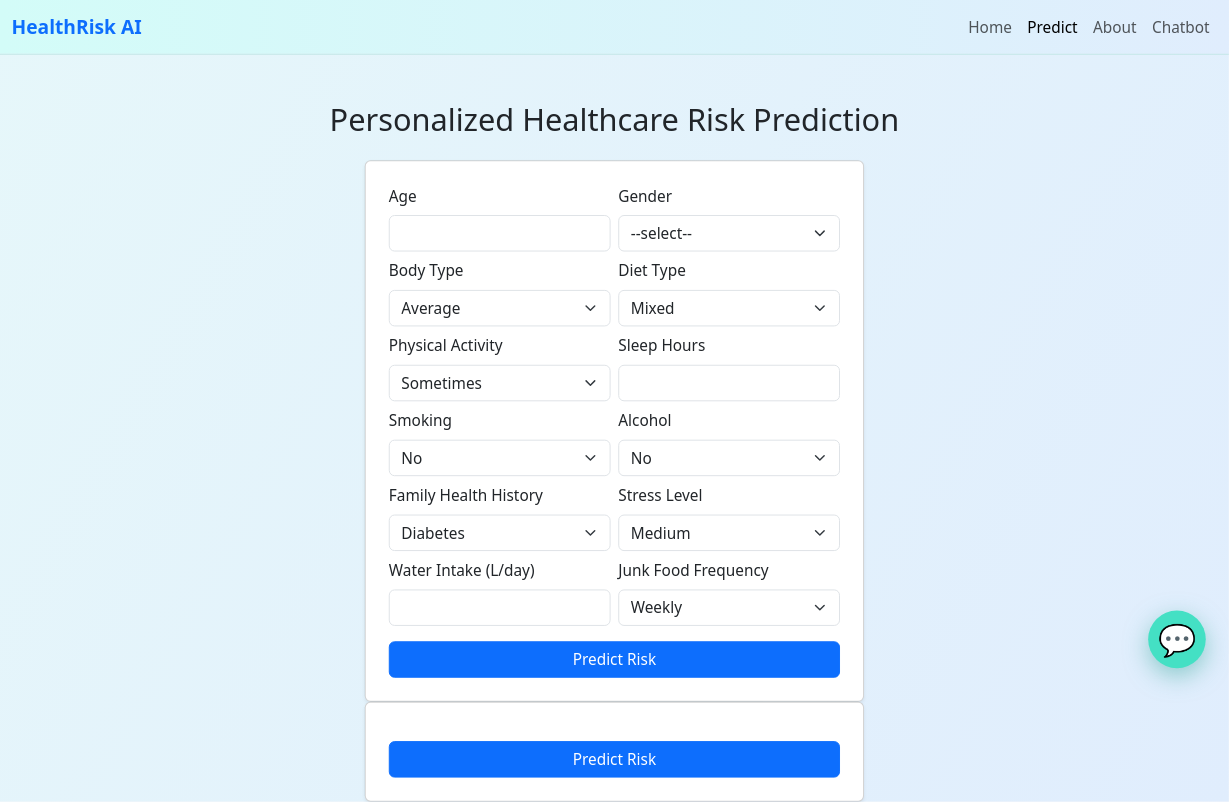
Repository: vipinsamy-sys/ML-health_tracker
Page: http://localhost/
An editor plug-in stored every save of this project. The page is shown before and after the next save, followed by the edit.
The browser window is 1280 px wide. The pictures show the whole page, at 96% of full size.
The page is served by the project's application, run on Flask 3 (app.py).

Above is the page before, as saved 2025-10-31 04:40:16.

After the next save:
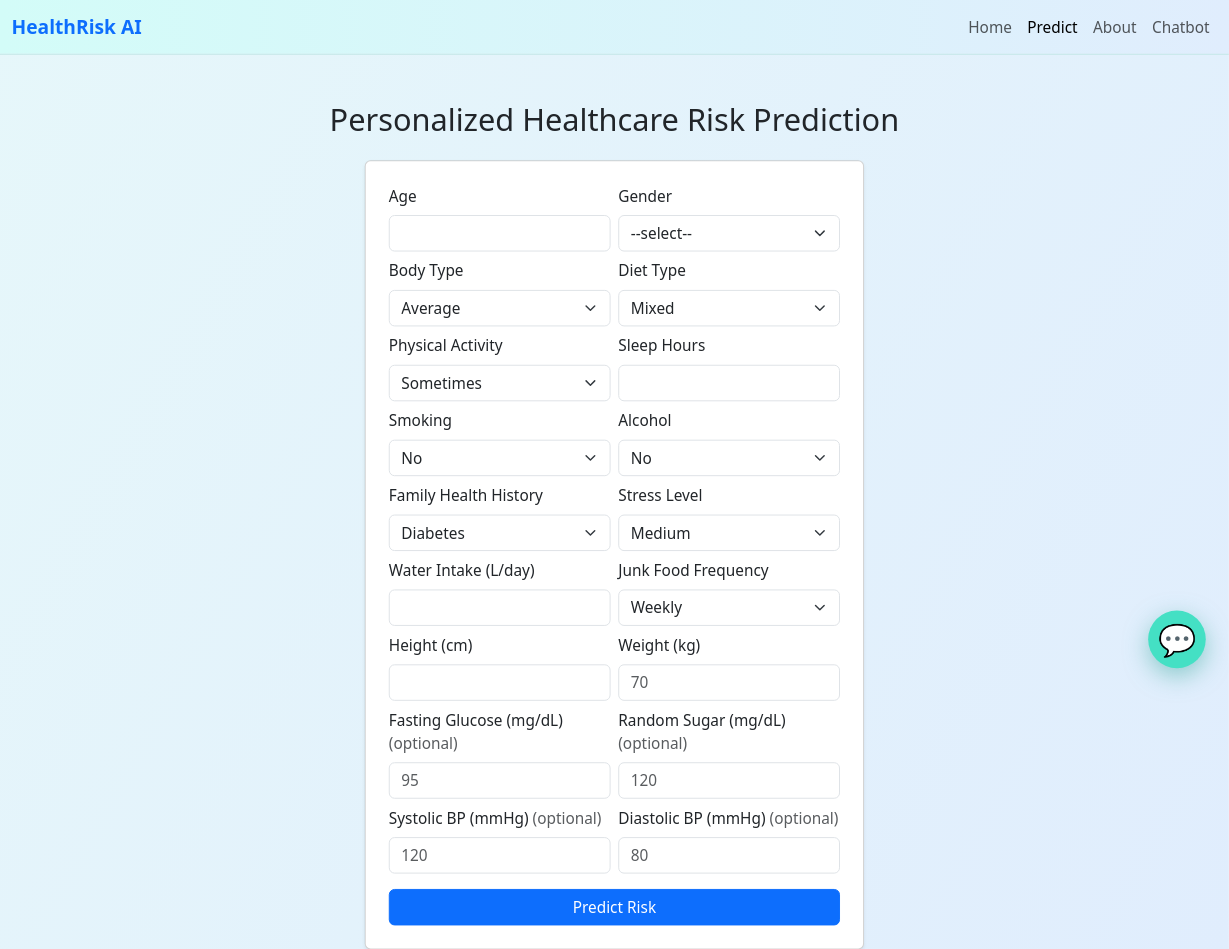
Saved 11 min 45 s later.
--- a/templates/index.html
+++ b/templates/index.html
@@ -140,6 +140,30 @@
             <option value="Daily">Daily</option>
           </select>
         </div>
+        <div class="col-6">
+          <label class="form-label">Height (cm)</label>
+          <input type="number" step="0.1" class="form-control" name="height_cm"  required>
+        </div>
+        <div class="col-6">
+          <label class="form-label">Weight (kg)</label>
+          <input type="number" step="0.1" class="form-control" name="weight_kg" placeholder="70" required>
+        </div>
+        <div class="col-6">
+          <label class="form-label">Fasting Glucose (mg/dL) <span class="text-muted">(optional)</span></label>
+          <input type="number" step="0.1" class="form-control" name="glucose" placeholder="95">
+        </div>
+        <div class="col-6">
+          <label class="form-label">Random Sugar (mg/dL) <span class="text-muted">(optional)</span></label>
+          <input type="number" step="0.1" class="form-control" name="sugar" placeholder="120">
+        </div>
+        <div class="col-6">
+          <label class="form-label">Systolic BP (mmHg) <span class="text-muted">(optional)</span></label>
+          <input type="number" step="0.1" class="form-control" name="systolic_bp" placeholder="120">
+        </div>
+        <div class="col-6">
+          <label class="form-label">Diastolic BP (mmHg) <span class="text-muted">(optional)</span></label>
+          <input type="number" step="0.1" class="form-control" name="diastolic_bp" placeholder="80">
+        </div>
       </div>
       <button class="btn btn-primary w-100 mt-3">Predict Risk</button>
     </form>
@@ -161,23 +185,7 @@
       <button class="btn btn-success" id="chatSend">Send</button>
     </div>
   </div>
-  <form id="healthForm" action="/predict" method="POST" class="card p-4 shadow-sm mx-auto" style="max-width:520px; text-align:left;">
-  <!-- your input fields here -->
-  <button class="btn btn-primary w-100 mt-3">Predict Risk</button>
-</form>
-
-<script>
-document.getElementById("healthForm").addEventListener("submit", function(event) {
-  const selects = document.querySelectorAll("select");
-  for (const select of selects) {
-    if (select.value === "" || select.value === "select") {
-      alert("⚠️ Please select a valid option for all fields.");
-      event.preventDefault();
-      return;
-    }
-  }
-});
-</script>
+
 
   <script>
     function openChatbot() {
